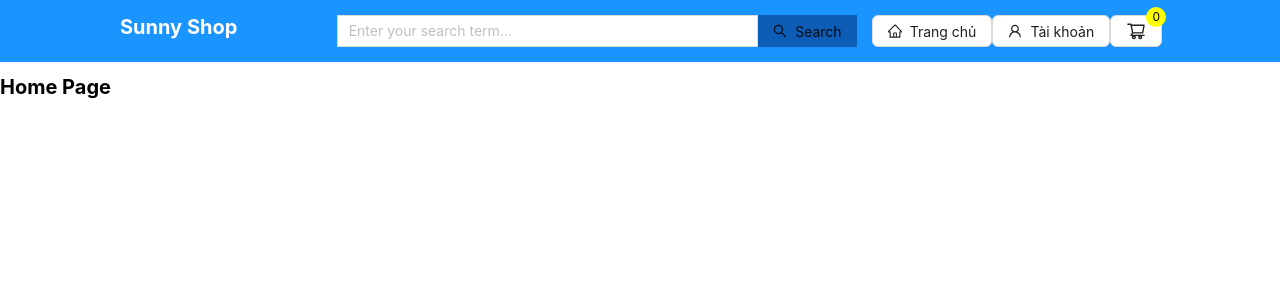
Repository: manhhieu120499/E-Commerce
Page: /
The author's editor kept a copy of each file at every save. The page is drawn from the files as they stood at one save, then again after the next save.
The browser window is 1280 px wide. The pictures show the whole page.
The project was rebuilt for these pictures with package versions that can differ from the ones it lists, and the page was loaded fresh each time. Also part of the build but not shown: src/pages/product/Product.js, src/pages/order/Order.js, src/pages/notFound/NotFound.js, src/layouts/NormalLayout/NormalLayout.js.

Above is the page before, as saved 2025-01-01 12:52:42.

### src/index.js
import React from "react";
import ReactDOM from "react-dom/client";
import App from "./App";
import reportWebVitals from "./reportWebVitals";
import GlobalStyle from "./GlobalStyles";
import { Provider } from "react-redux";
import store from "./redux/store";

const root = ReactDOM.createRoot(document.getElementById("root"));
root.render(
  <React.StrictMode>
    <Provider store={store}>
      <GlobalStyle>
        <App />
      </GlobalStyle>
    </Provider>
  </React.StrictMode>
);

// If you want to start measuring performance in your app, pass a function
// to log results (for example: reportWebVitals(console.log))
// or send to an analytics endpoint. Learn more: https://bit.ly/CRA-vitals
reportWebVitals();

### src/App.js
import React from "react";
import { BrowserRouter as Router, Route, Routes } from "react-router-dom";
import { publicRoute } from "./route";
function App() {
  return (
    <div className="App">
      <Router>
        <Routes>
          {publicRoute.map((route) => {
            const Page = route.component;
            const Layout = route.layout;
            return (
              <Route
                key={route.path}
                path={route.path}
                element={
                  <Layout>
                    <Page />
                  </Layout>
                }
              />
            );
          })}
        </Routes>
      </Router>
    </div>
  );
}

export default App;

### src/redux/store.js
import { configureStore } from "@reduxjs/toolkit";
import productSlice from "./slices/productSlice";

const store = configureStore({
    reducer: {
        product: productSlice
    }
})

export default store;

### src/route/index.js
import { Home, Product, Order, NotFound } from "../pages";
import { DefaultLayout, NormalLayout } from "../layouts";

const publicRoute = [
  {
    path: "/",
    component: Home,
    layout: DefaultLayout,
  },
  {
    path: "/product",
    component: Product,
    layout: DefaultLayout,
  },
  {
    path: "/order",
    component: Order,
    layout: DefaultLayout,
  },
  {
    path: "*",
    component: NotFound,
    layout: NormalLayout,
  },
];

const privateRoute = [];

export { publicRoute, privateRoute };

### src/GlobalStyles/GlobalStyles.js
import "./css/GlobalStyles.css";
export default function GlobalStyle({ children }) {
    return (
        <div className="wrapper">
            { children }
        </div>
    )
}

### src/redux/slices/productSlice.js
import { createSlice } from "@reduxjs/toolkit";

// const initialState = {
//     products: [],
// }

// export const productSlice = createSlice({
//     name: 'productSlice',
//     initialState,
//     reducers:{
//         setProduct: (state, action) => {
//             return {...state}
//         }
//     }
// })

const initialState = {
    value: 0
}

const productSlice = createSlice({
    name: 'productSlice',
    initialState,
    reducers: {
        increase: (state, action) => {
            return {...state, value: state.value + 1}
        },
        decrease: (state, action) => {
            return {...state, value: state.value - 1}
        }
    }
})

export const { increase, decrease } = productSlice.actions;

export default productSlice.reducer;

### src/pages/index.js
import Home from "./home";
import Product from "./product";
import Order from "./order";
import NotFound from "./notFound";

export { Home, Product, Order, NotFound };

### src/layouts/index.js
import DefaultLayout from "./DefaultLayout";
import NormalLayout from "./NormalLayout";

export { DefaultLayout, NormalLayout };

### src/GlobalStyles/css/GlobalStyles.css
/* @import "antd/dist/antd.css"; */
body {
  margin: 0;
  font-family: -apple-system, BlinkMacSystemFont, 'Segoe UI', 'Roboto', 'Oxygen',
    'Ubuntu', 'Cantarell', 'Fira Sans', 'Droid Sans', 'Helvetica Neue',
    sans-serif;
  -webkit-font-smoothing: antialiased;
  -moz-osx-font-smoothing: grayscale;
  box-sizing: border-box;
  padding: 0;
}

html {
  font-size: 62.5%;
}

.wrapper {
  max-width: 100vw;
  margin: 0 auto;
}

### src/pages/product/index.js
export { default } from './Product'

### src/layouts/NormalLayout/index.js
export { default } from "./NormalLayout";

### src/pages/home/Home.js
export default function Home({children}) {
    return (
        <h1>Home Page</h1>
    )
}

### src/layouts/DefaultLayout/DefaultLayout.js
import { Header } from "../../components";

export default function DefaultLayout({ children }) {
  return (
    <div className="wrapper">
      <Header />
      {children}
    </div>
  );
}

### src/components/index.js
import Header from "./Header";
import ButtonInputSearch from "./ButtonInputSearch";
export { Header, ButtonInputSearch };

### src/components/ButtonInputSearch/index.js
export { default } from "./ButtonInputSearch";

### src/components/Header/Header.js
import { Button, Col, Input, Row } from "antd";
import {
  ShoppingCartText,
  WrapperRow,
  WrapperShoppingCart,
  WrapperShoppingCartText,
  WrapperSpan,
} from "./HeaderStyle";
import Search from "antd/es/transfer/search";
import {
  HomeOutlined,
  SearchOutlined,
  ShoppingCartOutlined,
  UserOutlined,
} from "@ant-design/icons";
import ButtonInputSearch from "../ButtonInputSearch";

export default function Header({ children }) {
  return (
    <div>
      <WrapperRow>
        <Col span={5}>
          <WrapperSpan>Sunny Shop</WrapperSpan>
        </Col>
        <Col span={12}>
          <ButtonInputSearch
            size={"medium"}
            placeholder={"Enter your search term..."}
            Icon={SearchOutlined}
            textButton={"Search"}
            onClick={() => alert("Search me")}
            onChange={() => console.log("change")}
          />
        </Col>
        <Col
          span={7}
          style={{
            display: "flex",
            alignItems: "center",
            justifyContent: "space-around",
            padding: "0 15px",
          }}
        >
          <Button>
            <HomeOutlined />
            <span>Trang chủ</span>
          </Button>
          <Button>
            <UserOutlined />
            <span>Tài khoản</span>
          </Button>
          <Button>
            <WrapperShoppingCart>
              <ShoppingCartOutlined style={{ fontSize: 20 }} />
              <WrapperShoppingCartText>
                <ShoppingCartText>0</ShoppingCartText>
              </WrapperShoppingCartText>
            </WrapperShoppingCart>
          </Button>
        </Col>
      </WrapperRow>
    </div>
  );
}

### src/components/ButtonInputSearch/ButtonInputSearch.js
import { WrapperButtonInputSearch } from "./ButtonInputSearchStyle";
import { Button, Input } from "antd";
function ButtonInputSearch({
  size,
  placeholder,
  onChange,
  onClick,
  Icon,
  textButton,
  backgroundColor = "rgb(13,92,182)",
}) {
  return (
    <WrapperButtonInputSearch>
      <Input
        size={size}
        placeholder={placeholder}
        style={{ borderRadius: 0 }}
        onChange={onChange}
        variant="outlined"
      />
      <Button
        size={size}
        icon={<Icon />}
        style={{
          borderRadius: 0,
          backgroundColor: backgroundColor,
          border: "none",
        }}
        onClick={onClick}
      >
        {textButton}
      </Button>
    </WrapperButtonInputSearch>
  );
}

export default ButtonInputSearch;

### src/components/Header/HeaderStyle.js
import { Row } from "antd";
import styled from "styled-components";

export const WrapperRow = styled(Row)`
  padding: 15px 120px;
  background-color: rgb(26, 148, 255);
`;

export const WrapperSpan = styled.span`
  font-size: 20px;
  font-weight: 700;
  color: white;
`;

export const WrapperShoppingCart = styled.div`
  position: relative;
  width: 100%;
`;

export const WrapperShoppingCartText = styled.div`
  position: absolute;
  top: -14px;
  right: -20px;
  width: 20px;
  height: 20px;
  border-radius: 50%;
  background-color: yellow;
`;

export const ShoppingCartText = styled.span`
  font-size: 12px;
  color: black;
  line-height: 20px;
`;

### src/components/ButtonInputSearch/ButtonInputSearchStyle.js
import styled from "styled-components";

export const WrapperButtonInputSearch = styled.div`
  display: flex;
  align-items: center;
  justify-content: space-around;
  background-color: white;
`;

Loaded but not shown: public/index.html (common file); src/reportWebVitals.js (common file); src/GlobalStyles/index.js (common file); src/pages/home/index.js (common file); src/pages/order/index.js (common file); src/pages/notFound/index.js (common file); src/layouts/DefaultLayout/index.js (common file); src/components/Header/index.js (common file)

After the next save:
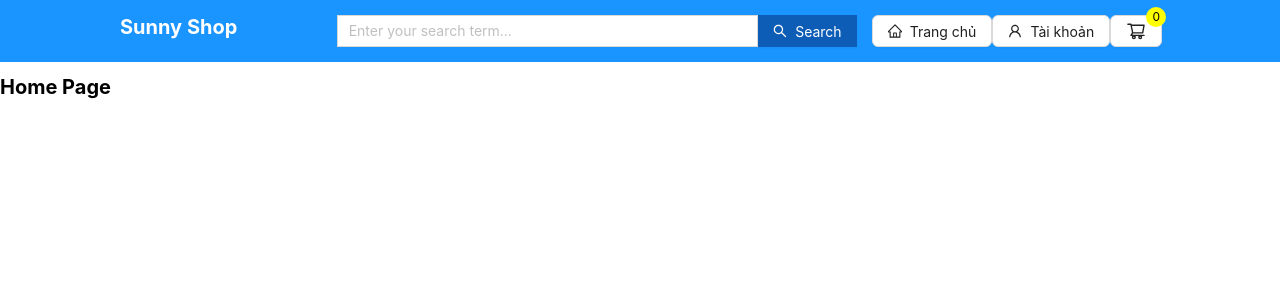
Saved 17 s later.
--- a/src/components/ButtonInputSearch/ButtonInputSearch.js
+++ b/src/components/ButtonInputSearch/ButtonInputSearch.js
@@ -25,6 +25,7 @@ function ButtonInputSearch({
           borderRadius: 0,
           backgroundColor: backgroundColor,
           border: "none",
+          color: "white",
         }}
         onClick={onClick}
       >
